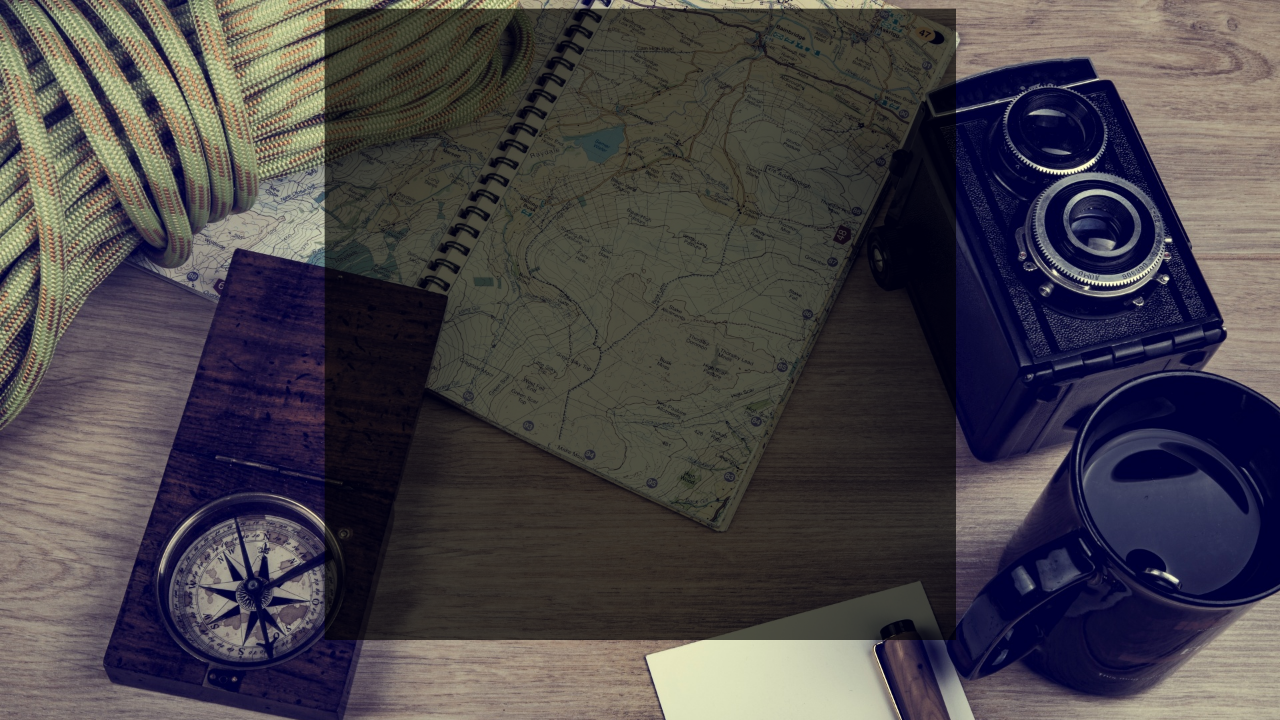
Repository: minkyung0421/jsp_travel_project
Page: http://localhost/Travel_Project/loginForm.jsp
The author's editor kept a copy of each file at every save. The page is drawn from the files as they stood at one save, then again after the next save.
The browser window is 1280 px wide. The pictures show the whole page.
The page is served by Tomcat 9. Other server files are loaded and not shown.

Above is the page before, as saved 2018-08-20 01:45:59.

### jsp_travel_project/Travel_Project/WebContent/loginForm.jsp
<%@ page language="java" contentType="text/html; charset=UTF-8"
    pageEncoding="UTF-8"%>
<!DOCTYPE html PUBLIC "-//W3C//DTD HTML 4.01 Transitional//EN" "http://www.w3.org/TR/html4/loose.dtd">
<html>
<head>
<meta http-equiv="Content-Type" content="text/html; charset=UTF-8">
<title>Insert title here</title>
</head>
<style>
	body{
		background-image: url(image/travel2.jpg);
		background-repeat: no-repeat;
		background-size: 100%;
	}
</style>
<body>
	<center>
		<img src = "image/travel2_login.png" width="50%" height = "50%">
	</center>
</body>
</html>

After the next save:
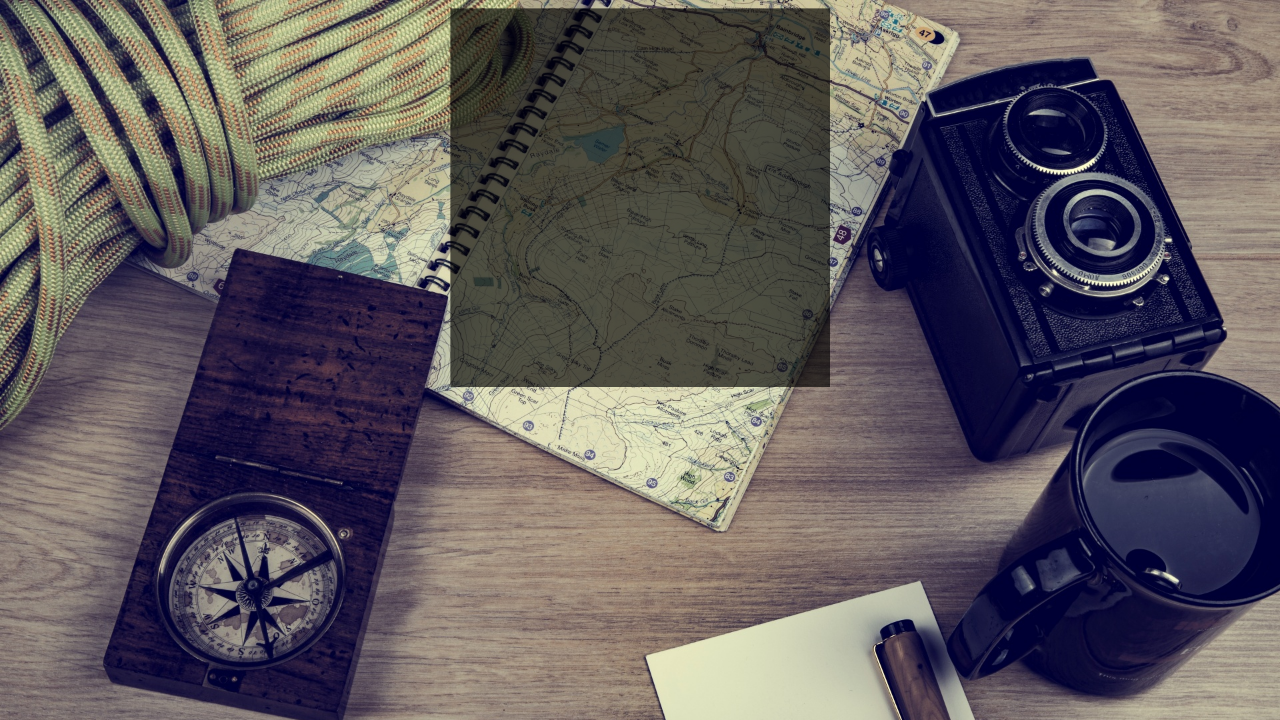
Saved 11 s later.
--- a/jsp_travel_project/Travel_Project/WebContent/loginForm.jsp
+++ b/jsp_travel_project/Travel_Project/WebContent/loginForm.jsp
@@ -15,7 +15,7 @@
 </style>
 <body>
 	<center>
-		<img src = "image/travel2_login.png" width="50%" height = "50%">
+		<img src = "image/travel2_login.png" width="30%" height = "30%">
 	</center>
 </body>
 </html>
